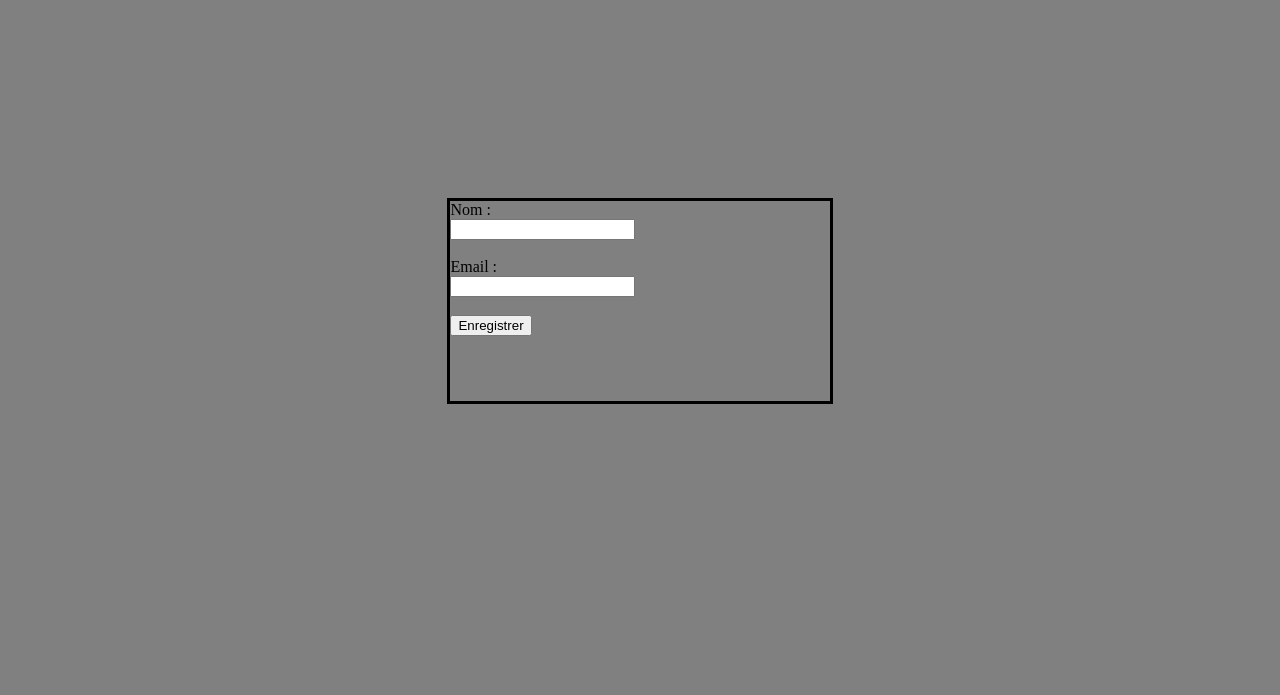
Repository: Haidara-97/TPJEE
Page: http://localhost/AppTest/
An editor plug-in stored every save of this project. The page is shown before and after the next save, followed by the edit.
The browser window is 1280 px wide. The pictures show the whole page.
The page is served by Tomcat 9. Other server files are loaded and not shown.

Above is the page before, as saved 2025-06-18 14:09:44.

### AppTest/src/main/webapp/index.jsp
<%@ page language="java" contentType="text/html; charset=UTF-8"
    pageEncoding="UTF-8"%>
<!DOCTYPE html>
<html>
<head>
<meta charset="UTF-8">
<title>Insert title here</title>
<style>
body{
display: flex;
background-color: gray;
align-items: center;
}
.forme{
margin :auto;
margin-top:15%;
border: solid;
width:30%;
height: 200px;
}
</style>
</head>
<body >
<div class="forme" >
<form action="UserServlet" method="POST">
<label for=nom > Nom :</label><br>
        <input type="text" id="nom" name="nom"><br><br>
<label for=email> Email :</label> <br>
        <input type="text" id= "email" name="email"><br><br>
        <input type = "submit" id="button" value= Enregistrer>
</form>
</div>
</body>
</html>

After the next save:
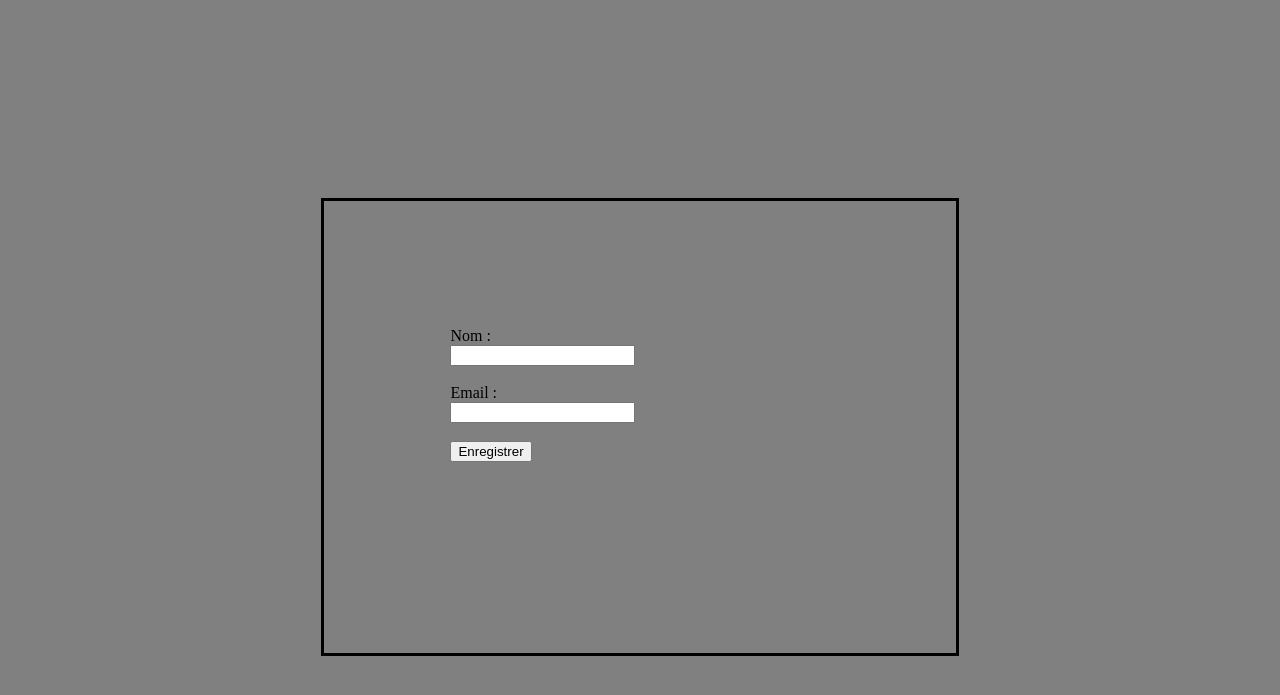
Saved 48 s later.
--- a/AppTest/src/main/webapp/index.jsp
+++ b/AppTest/src/main/webapp/index.jsp
@@ -17,6 +17,7 @@ margin-top:15%;
 border: solid;
 width:30%;
 height: 200px;
+padding:10%;
 }
 </style>
 </head>
